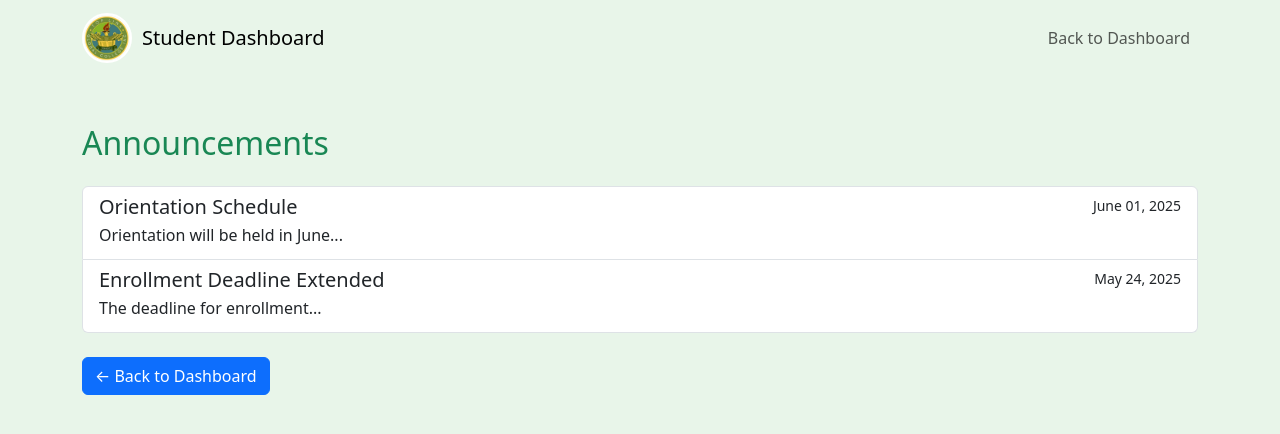
Repository: partymaker01/IT2C_Enrollment_System_SourceCode
Page: http://localhost/IT2C_Enrollment_System_SourceCode/student/Support&Notices/View Announcements.php
These files come from the project's save history. The page is drawn as it stood at one moment and after the next save; the edit follows.
The browser window is 1280 px wide. The pictures show the whole page.
The page is run by PHP 8.4 with error messages shown; the project is at /var/www/html/. The database holds what the project's SQL file puts in it.

Above is the page before, as saved 2025-06-01 23:07:23.

### student/Support&Notices/View Announcements.php
<?php
// DB connection config - edit these as needed
$host = 'localhost';
$db   = 'enrollment_system';
$user = 'your_db_user';
$pass = 'your_db_password';
$charset = 'utf8mb4';

// Set up PDO connection
$dsn = "mysql:host=$host;dbname=$db;charset=$charset";
$options = [
    PDO::ATTR_ERRMODE            => PDO::ERRMODE_EXCEPTION,
    PDO::ATTR_DEFAULT_FETCH_MODE => PDO::FETCH_ASSOC,
];

try {
    $pdo = new PDO($dsn, $user, $pass, $options);
} catch (PDOException $e) {
    die("Database connection failed: " . $e->getMessage());
}

// Fetch announcements from DB ordered by date descending
$stmt = $pdo->query("SELECT * FROM announcements ORDER BY date DESC");
$announcements = $stmt->fetchAll();
?>

<!DOCTYPE html>
<html lang="en">
<head>
  <meta charset="UTF-8" />
  <meta name="viewport" content="width=device-width, initial-scale=1" />
  <title>Announcements</title>
  <link href="https://cdn.jsdelivr.net/npm/bootstrap@5.3.2/dist/css/bootstrap.min.css" rel="stylesheet" />
  <link rel="icon" href="favicon.ico" type="image/x-icon">
  <style>
    body {
      background-color: #e8f5e9;
    }
    .school-logo {
    width: 50px;
    height: 50px;
    object-fit: cover;
    border-radius: 50%;
    margin-right: 10px;
    border: 2px solid #fff;
}

    .announcement-card {
      cursor: pointer;
      transition: box-shadow 0.3s ease;
    }
    .announcement-card:hover {
      box-shadow: 0 4px 15px rgba(67, 160, 71, 0.4);
    }
    .text-truncate-2 {
      display: -webkit-box;
      -webkit-line-clamp: 2; /* limits to 2 lines */
      -webkit-box-orient: vertical;
      overflow: hidden;
      line-clamp: 2;
      box-orient: vertical;
    }
  </style>
</head>
<body>
  <nav class="navbar navbar-expand-lg">
  <div class="container">
    <a class="navbar-brand d-flex align-items-center" href="#">
      <img src="/IT2C_Enrollment_System_SourceCode/picture/tlgc_pic.jpg" alt="School Logo" class="school-logo">
      Student Dashboard
      </a>
      <button class="navbar-toggler" type="button" data-bs-toggle="collapse" data-bs-target="#navbarNav"
        aria-controls="navbarNav" aria-expanded="false" aria-label="Toggle navigation">
        <span class="navbar-toggler-icon"></span>
      </button>
      <div class="collapse navbar-collapse" id="navbarNav">
        <ul class="navbar-nav ms-auto">
          <li class="nav-item">
            <a class="nav-link" href="/IT2C_Enrollment_System_SourceCode/student/student-dashboard.php">
              <i class="bi bi-arrow-left"></i> Back to Dashboard
            </a>
          </li>
        </ul>
      </div>
    </div>
  </nav>

<div class="container my-5">
  <h2 class="text-success mb-4">Announcements</h2>

  <div class="list-group">
    <?php foreach ($announcements as $announcement): ?>
      <a href="#" class="list-group-item list-group-item-action announcement-card"
         data-bs-toggle="modal"
         data-bs-target="#announcementModal<?= $announcement['id'] ?>">
        <div class="d-flex w-100 justify-content-between">
          <h5 class="mb-1"><?= htmlspecialchars($announcement['title']) ?></h5>
          <small><?= date("F d, Y", strtotime($announcement['date'])) ?></small>
        </div>
        <p class="mb-1 text-truncate-2"><?= htmlspecialchars($announcement['summary']) ?></p>
      </a>
    <?php endforeach; ?>
  </div>

  <!-- Back to Dashboard Button -->
  <div class="mt-4">
    <a href="/IT2C_Enrollment_System_SourceCode/student//student-dashboard.php" class="btn btn-primary">← Back to Dashboard</a>
  </div>
</div>

<!-- Modals for Announcements -->
<?php foreach ($announcements as $announcement): ?>
  <div class="modal fade" id="announcementModal<?= $announcement['id'] ?>" tabindex="-1" aria-labelledby="announcementModalLabel<?= $announcement['id'] ?>" aria-hidden="true">
    <div class="modal-dialog modal-lg modal-dialog-centered">
      <div class="modal-content">
        <div class="modal-header bg-success text-white">
          <h5 class="modal-title" id="announcementModalLabel<?= $announcement['id'] ?>">
            <?= htmlspecialchars($announcement['title']) ?>
          </h5>
          <button type="button" class="btn-close btn-close-white" data-bs-dismiss="modal" aria-label="Close"></button>
        </div>
        <div class="modal-body">
          <?= $announcement['content'] ?>
        </div>
      </div>
    </div>
  </div>
<?php endforeach; ?>

<script src="https://cdn.jsdelivr.net/npm/bootstrap@5.3.2/dist/js/bootstrap.bundle.min.js"></script>
</body>
</html>

### cleaned-database.sql (the tables this page reads)
CREATE TABLE announcements (
    id INT AUTO_INCREMENT PRIMARY KEY,
    title VARCHAR(255) NOT NULL,
    date DATE NOT NULL,
    summary TEXT NOT NULL,
    content TEXT NOT NULL
);

INSERT INTO announcements (title, date, summary, content) VALUES
('Enrollment Deadline Extended', '2025-05-24', 'The deadline for enrollment...', '<p>The deadline for enrollment...</p>'),
('Orientation Schedule', '2025-06-01', 'Orientation will be held in June...', '<p>Orientation will be held on June 5 at the main hall.</p>');

After the next save:
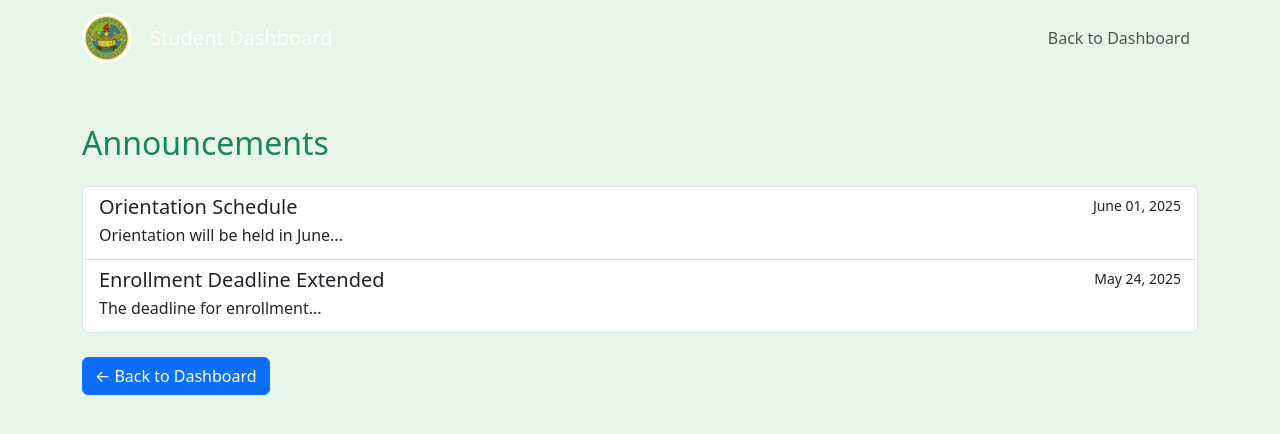
Saved 10 s later.
--- a/student/Support&Notices/View Announcements.php
+++ b/student/Support&Notices/View Announcements.php
@@ -63,27 +63,27 @@
   </style>
 </head>
 <body>
-  <nav class="navbar navbar-expand-lg">
+ <nav class="navbar navbar-expand-lg">
   <div class="container">
-    <a class="navbar-brand d-flex align-items-center" href="#">
+    <a class="navbar-brand d-flex align-items-center" href="/IT2C_Enrollment_System_SourceCode/student/student-dashboard.php">
       <img src="/IT2C_Enrollment_System_SourceCode/picture/tlgc_pic.jpg" alt="School Logo" class="school-logo">
-      Student Dashboard
-      </a>
-      <button class="navbar-toggler" type="button" data-bs-toggle="collapse" data-bs-target="#navbarNav"
-        aria-controls="navbarNav" aria-expanded="false" aria-label="Toggle navigation">
-        <span class="navbar-toggler-icon"></span>
-      </button>
-      <div class="collapse navbar-collapse" id="navbarNav">
-        <ul class="navbar-nav ms-auto">
-          <li class="nav-item">
-            <a class="nav-link" href="/IT2C_Enrollment_System_SourceCode/student/student-dashboard.php">
-              <i class="bi bi-arrow-left"></i> Back to Dashboard
-            </a>
-          </li>
-        </ul>
-      </div>
+      <span class="text-white ms-2">Student Dashboard</span>
+    </a>
+    <button class="navbar-toggler" type="button" data-bs-toggle="collapse" data-bs-target="#navbarNav"
+      aria-controls="navbarNav" aria-expanded="false" aria-label="Toggle navigation">
+      <span class="navbar-toggler-icon"></span>
+    </button>
+    <div class="collapse navbar-collapse" id="navbarNav">
+      <ul class="navbar-nav ms-auto">
+        <li class="nav-item">
+          <a class="nav-link" href="/IT2C_Enrollment_System_SourceCode/student/student-dashboard.php">
+            <i class="bi bi-arrow-left"></i> Back to Dashboard
+          </a>
+        </li>
+      </ul>
     </div>
-  </nav>
+  </div>
+</nav>
 
 <div class="container my-5">
   <h2 class="text-success mb-4">Announcements</h2>
